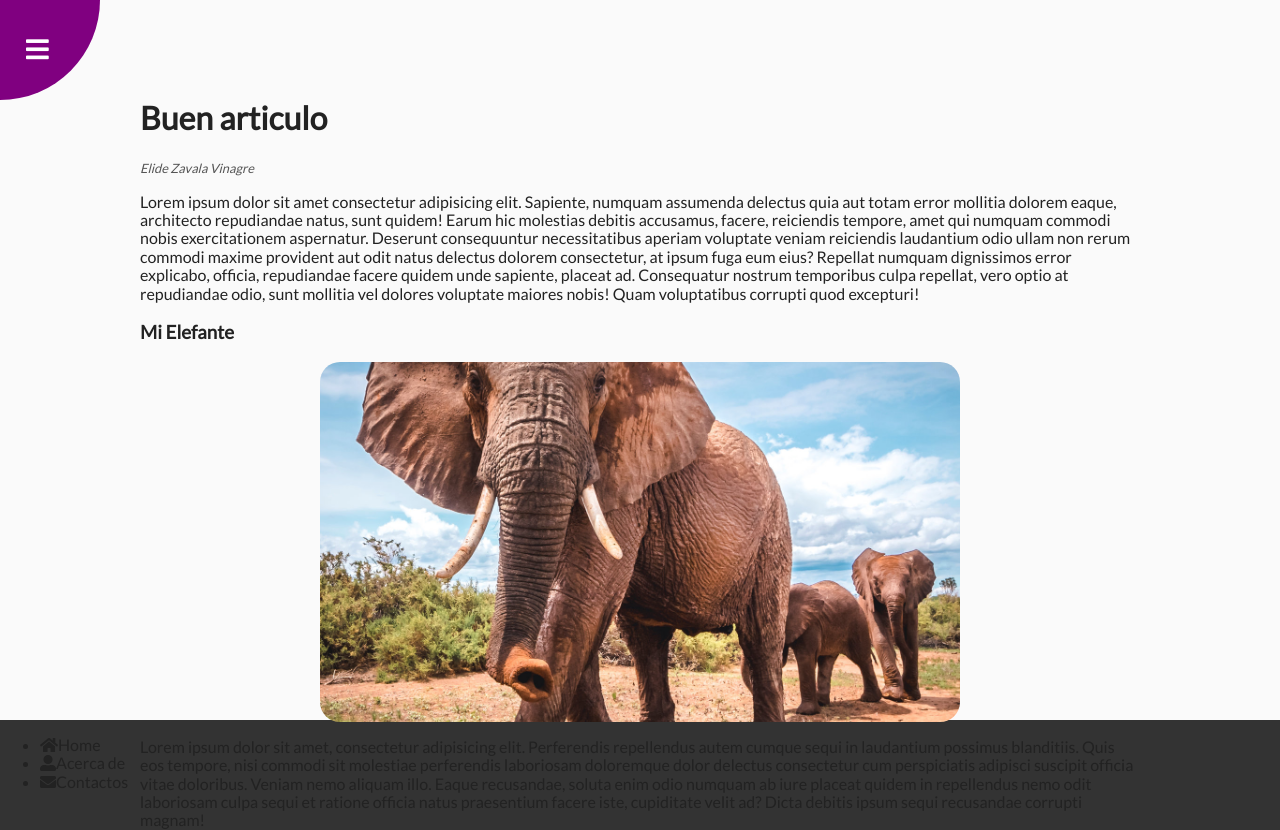
Repository: ElideZavala/Navagacion-en-rotacion
Page: index.html
The author's editor kept a copy of each file at every save. The page is drawn from the files as they stood at one save, then again after the next save.
The browser window is 1280 px wide. The pictures show the whole page.

Above is the page before, as saved 2021-05-29 09:39:16.

### index.html
<!DOCTYPE html>
<html lang="en">
<head>
	<meta charset="UTF-8">
	<meta http-equiv="X-UA-Compatible" content="IE=edge">
	<meta name="viewport" content="width=device-width, initial-scale=1.0">
	<link rel="stylesheet" href="https://cdnjs.cloudflare.com/ajax/libs/font-awesome/5.15.3/css/all.min.css" integrity="sha512-iBBXm8fW90+nuLcSKlbmrPcLa0OT92xO1BIsZ+ywDWZCvqsWgccV3gFoRBv0z+8dLJgyAHIhR35VZc2oM/gI1w==" crossorigin="anonymous" referrerpolicy="no-referrer" />
	<link rel="stylesheet" href="style.css">
	<link rel="stylesheet" href="normalize.css">
	<title>Navegación Giratoria</title>
</head>
<body>
	<div class="container">
		<div class="circle-container">
			<div class="circle">
				<button id="close">
					<i class="fas fa-times"></i>
				</button>
				<button id="open">
					<i class="fas fa-bars"></i>
				</button>
			</div>
		</div>

		<div class="content">
			<h1 class="title">Buen articulo</h1>
			<small>Elide Zavala Vinagre</small>
			<p>Lorem ipsum dolor sit amet consectetur adipisicing elit. Sapiente, numquam assumenda delectus quia aut totam error mollitia dolorem eaque, architecto repudiandae natus, sunt quidem! Earum hic molestias debitis accusamus, facere, reiciendis tempore, amet qui numquam commodi nobis exercitationem aspernatur. Deserunt consequuntur necessitatibus aperiam voluptate veniam reiciendis laudantium odio ullam non rerum commodi maxime provident aut odit natus delectus dolorem consectetur, at ipsum fuga eum eius? Repellat numquam dignissimos error explicabo, officia, repudiandae facere quidem unde sapiente, placeat ad. Consequatur nostrum temporibus culpa repellat, vero optio at repudiandae odio, sunt mollitia vel dolores voluptate maiores nobis! Quam voluptatibus corrupti quod excepturi!</p>

			<h3 class="title">Mi Elefante</h3>
			<img class="img" src="./Elefante.jpg" alt="Elefante">
			<p>Lorem ipsum dolor sit amet, consectetur adipisicing elit. Perferendis repellendus autem cumque sequi in laudantium possimus blanditiis. Quis eos tempore, nisi commodi sit molestiae perferendis laboriosam doloremque dolor delectus consectetur cum perspiciatis adipisci suscipit officia vitae doloribus. Veniam nemo aliquam illo. Eaque recusandae, soluta enim odio numquam ab iure placeat quidem in repellendus nemo odit laboriosam culpa sequi et ratione officia natus praesentium facere iste, cupiditate velit ad? Dicta debitis ipsum sequi recusandae corrupti magnam!</p>
		</div>
	</div>

	<nav>
		<ul>
			<li><i class="fas fa-home"></i>Home</li>
			<li><i class="fas fa-user-alt"></i>Acerca de</li>
			<li><i class="fas fa-envelope"></i>Contactos</li>
		</ul>
	</nav>



	<script src="./script.js"></script>
</body>
</html>

### style.css
@import url('https://fonts.googleapis.com/css?family=Lato&display=swap');

* {
	box-sizing: border-box;
}

body {
	font-family: 'Lato', sans-serif;
	background-color: #333;
	color: #222;
	overflow: hidden;
	margin: 0;
}

.container {
	background-color: #fafafa;
	transform-origin: top left;
	transition: transform 0.5s linear;
	width: 100vw;
	height: 100vh;
	padding: 50px;
}

.container.show-nav {
	transform: rotate(-20deg);
}

.img{
	width: 50vw;
	height: 50vh;
	display: flex;
	border-radius: 20px;
	object-fit: cover;
	margin: auto;
}

.circle-container {
	position: fixed;
	top: -100px;
	left: -100px;
}

.circle {
	background-color: purple;
	height: 200px;
	width: 200px;
	border-radius: 50%;
	position: relative;
	transition: transform 0.5s linear;
}

.circle button {
	cursor: pointer;
	position: absolute;
	top: 50%;
	left: 50%;
	height: 100px;
	background: transparent;
	border: 0;
	font-size: 26px;
	color: #fff;
}

.circle button:focus {
	outline: none;
}

.circle button#open {
	left: 60%;
}

.circle button#close {
	top: 60%;
	transform: rotate(90deg);
	transform-origin: top left;
	cursor: pointer;
}

.content {
	max-width: 1000px;
	margin: 50px auto;
}

.content h1 {
	margin 0;
}

.content small {
	color: #555;
	font-style: italic;
}

Loaded but not shown: normalize.css (library); script.js (no stored copy; drawn as an empty file)

After the next save:
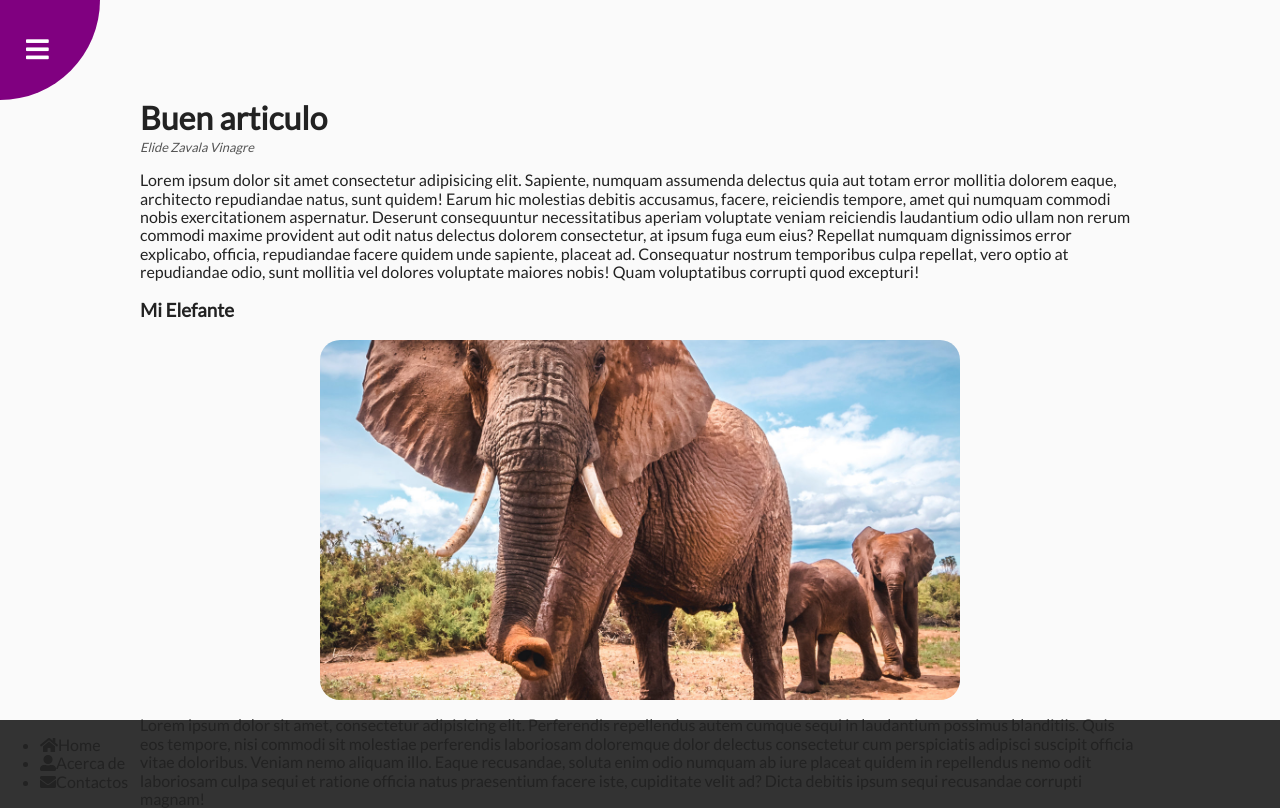
Saved 15 s later.
--- a/style.css
+++ b/style.css
@@ -82,7 +82,7 @@ body {
 }
 
 .content h1 {
-	margin 0;
+	margin: 0;
 }
 
 .content small {
